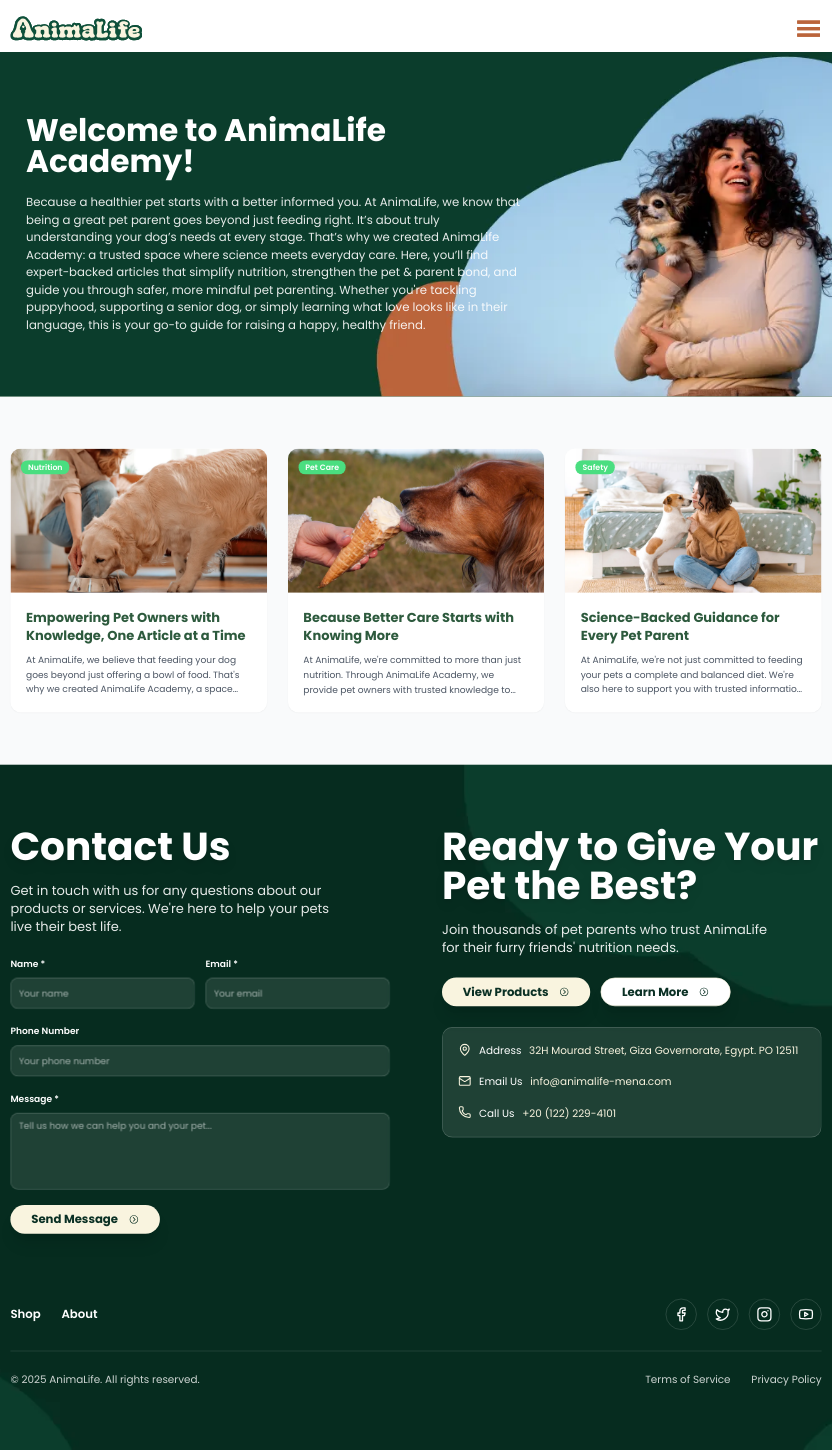
Repository: the-jupiteragency/animalife
Page: /academy
The author's editor kept a copy of each file at every save. The page is drawn from the files as they stood at one save, then again after the next save.
The browser window is 1280 px wide. The pictures show the whole page, at 65% of full size.
The project was rebuilt for these pictures with package versions that can differ from the ones it lists, and the page was loaded fresh each time. The framework's server and built-in components were replaced by stand-ins that run in the browser. Also part of the build but not shown: next.config.mjs.

Above is the page before, as saved 2025-08-05 09:38:11.

After the next save:
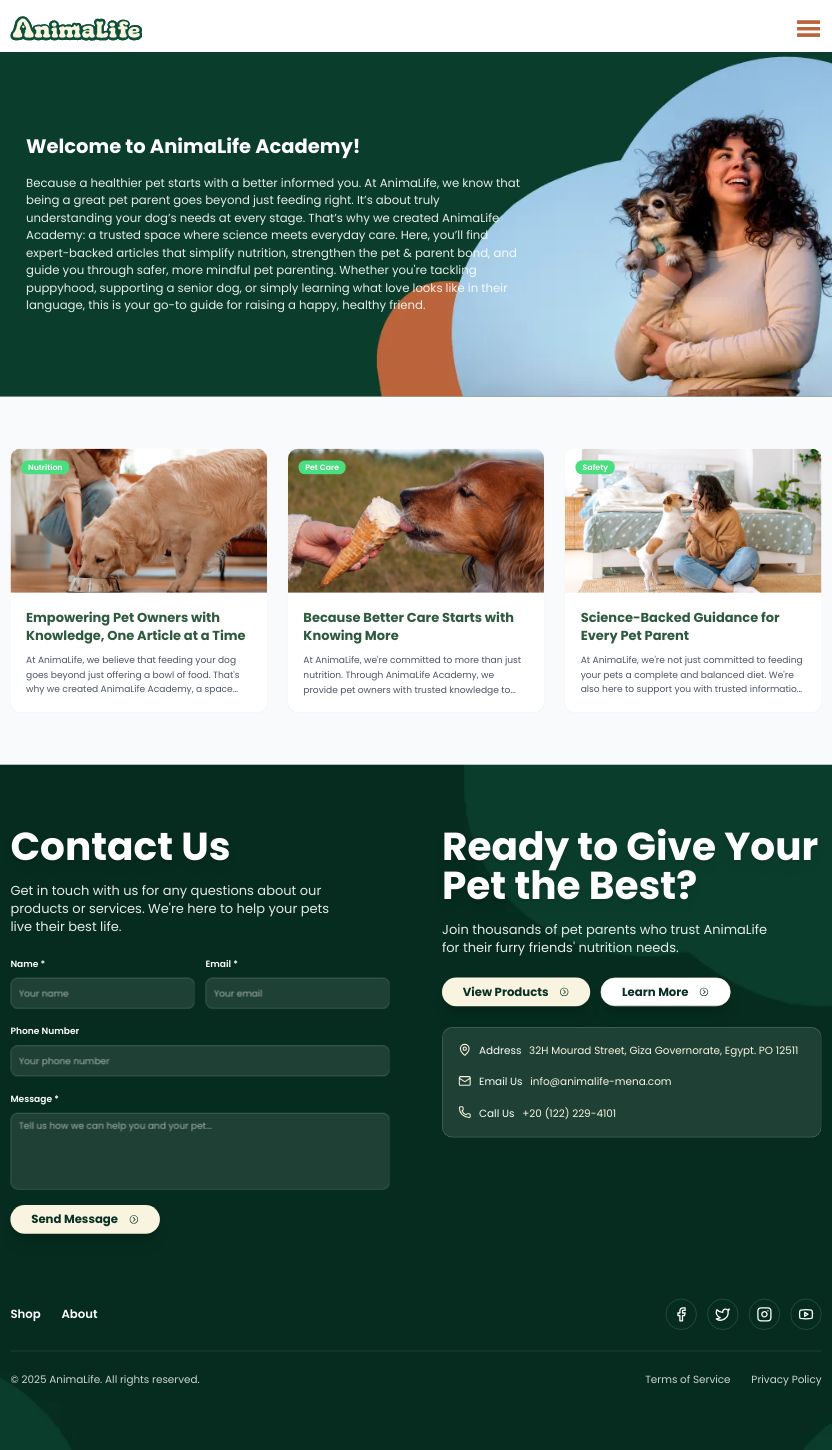
Saved 11 s later.
--- a/app/academy/page.tsx
+++ b/app/academy/page.tsx
@@ -30,7 +30,7 @@
           </div>
           <div className="relative z-10 px-10 mx-auto  h-full flex items-center">
             <div className="max-w-3xl">
-              <h2 className="text-4xl md:text-5xl font-bold text-white mb-6">
+              <h2 className="text-4xl md:text-3xl font-bold text-white mb-6">
                 Welcome to AnimaLife Academy!
               </h2>
               <p className="text-lg text-white/90 leading-normal">
